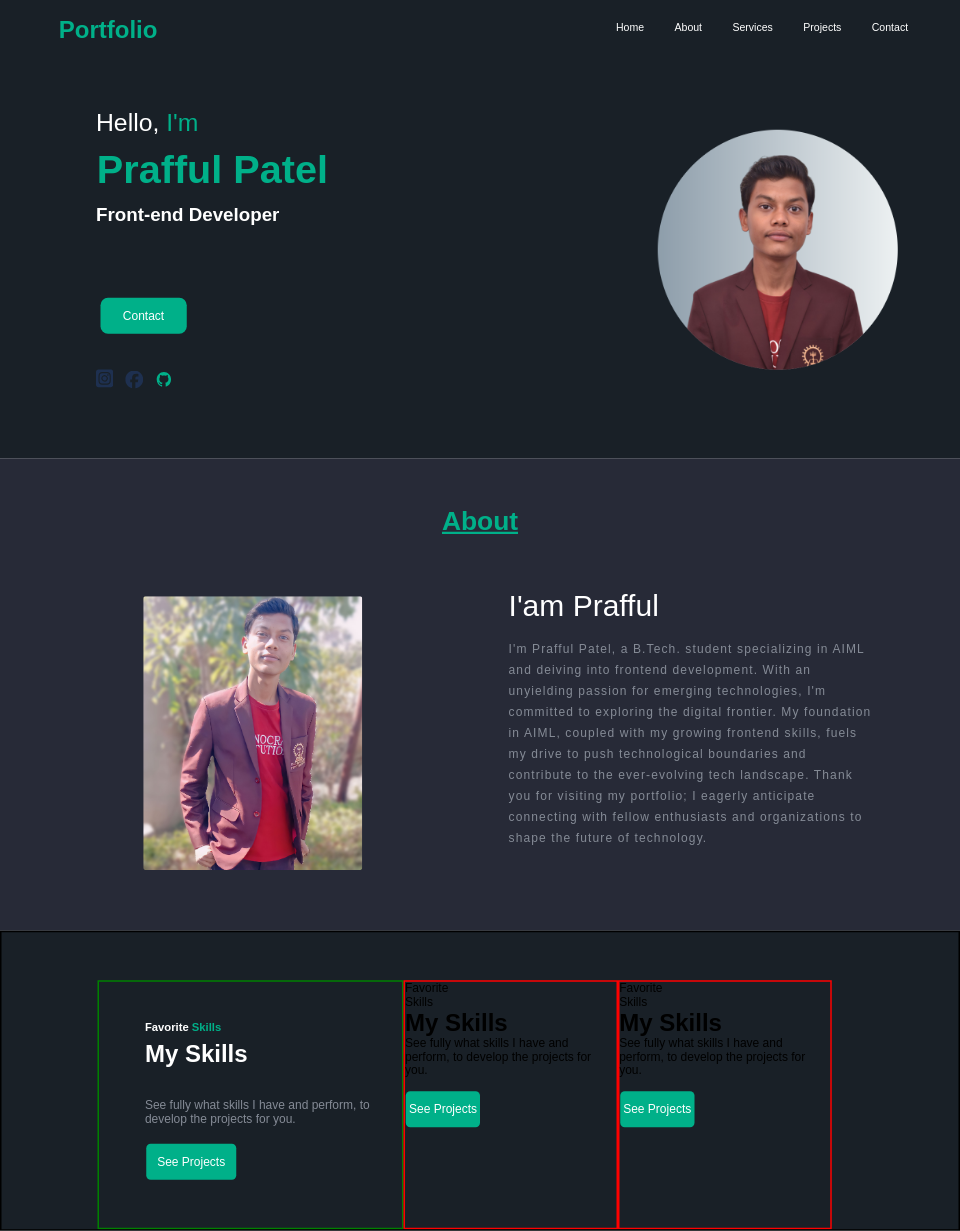
Repository: PraffulPatel27/Portfolio_2.0
Page: index.html
These files come from the project's save history. The page is drawn as it stood at one moment and after the next save; the edit follows.
The browser window is 1280 px wide. The pictures show the whole page, at 75% of full size.

Above is the page before, as saved 2024-01-01 16:11:30.

After the next save:
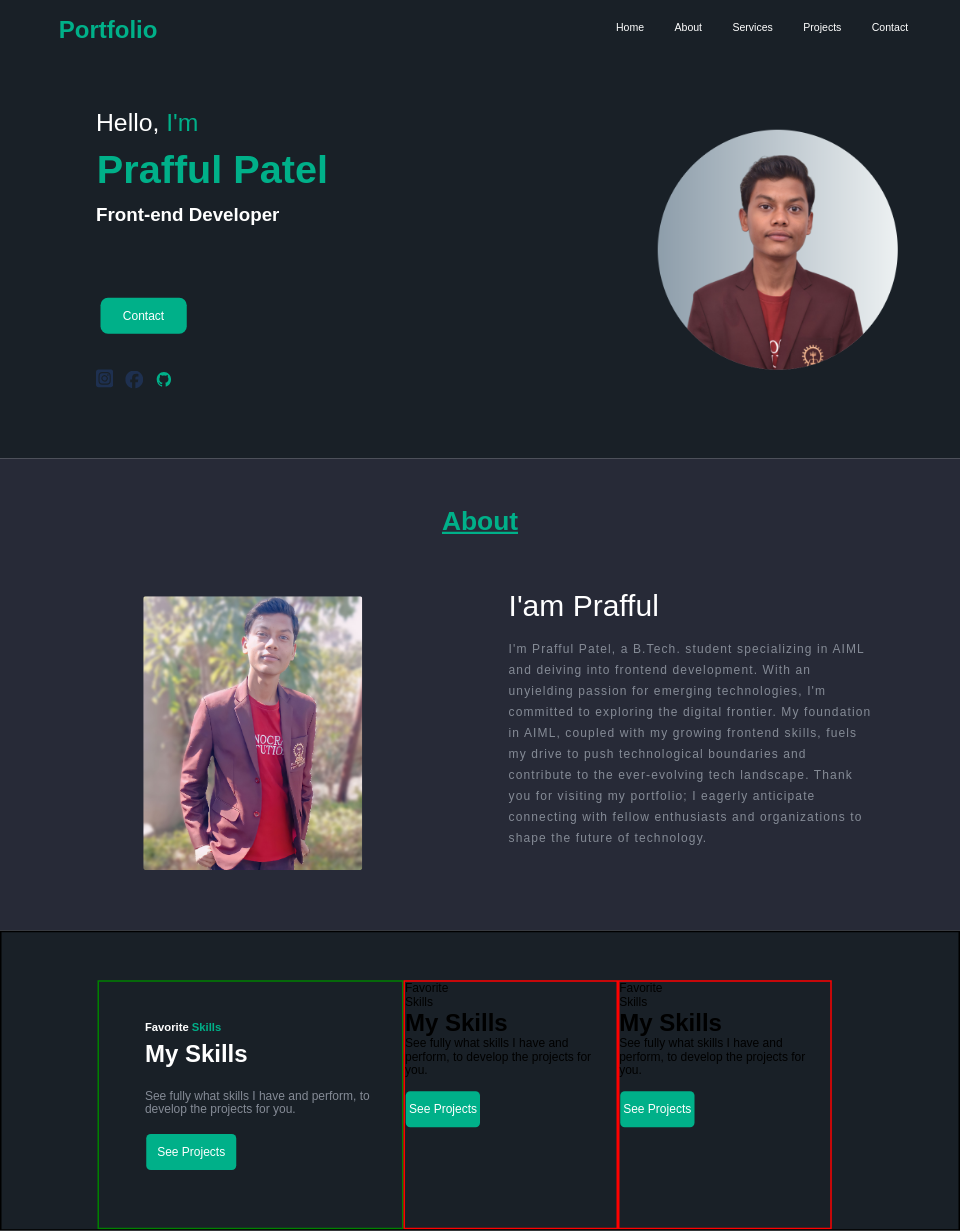
Saved 8 s later.
--- a/style.css
+++ b/style.css
@@ -238,7 +238,7 @@
 }
 .skills-info {
     color: #858B96;
-    margin-top: 12%;
+    margin-top: 8%;
 }
 .bx-1 {
     border: 2px solid green;
